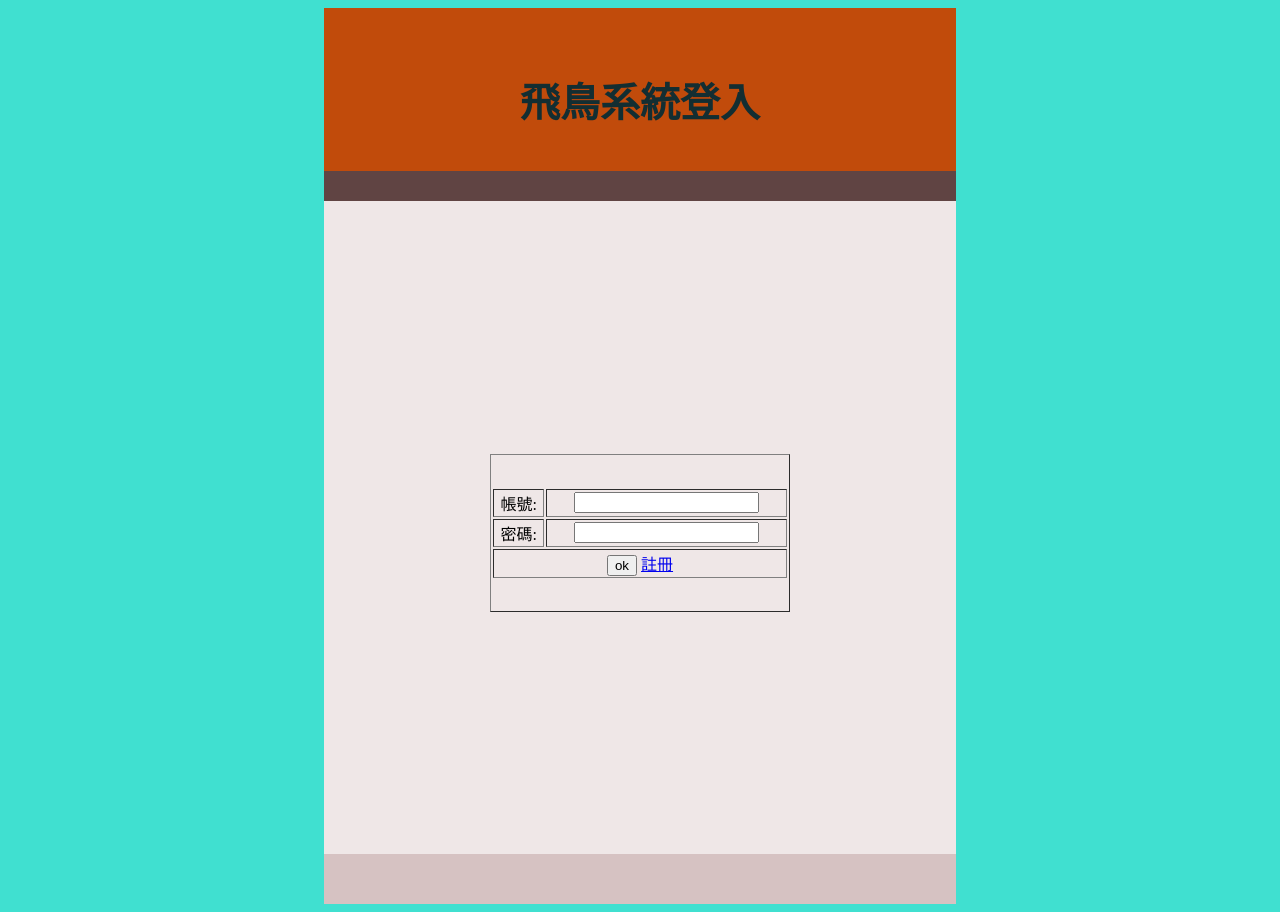
Repository: pride0420/portfolio
Page: Portfolio/1_springBoot/src/main/resources/static/index.html
An editor plug-in stored every save of this project. The page is shown before and after the next save, followed by the edit.
The browser window is 1280 px wide. The pictures show the whole page.

Above is the page before, as saved 2023-11-30 14:39:24.

### Portfolio/1_springBoot/src/main/resources/static/index.html
<!DOCTYPE html>
<html>
<link rel="stylesheet" href="css/index.css">
<head>
<meta charset="utf-8">
<title>Insert title here</title>
</head>
<body>
<form action="login" method="post">
<div id="header" >飛鳥系統登入</div>
	<div id="navigater"></div>
		<div id="content"><op><table align="center" border="1" width=300>
		<tr align="center" border-collapse:collapse;>
			<td>帳號:</td>
			<td><input type="text" name="username"></td>
		</tr>
		<tr align="center">
			<td>密碼:</td>
			<td><input type="password" name="password"></td>
		</tr>
		<tr align="center">
			<td colspan="2"><input type="submit" value="ok">
			<a href="addError">註冊</td>

		</tr>
	</table></op></div>
</form>

<div id="footer"></div>
</body>
</html>

### Portfolio/1_springBoot/src/main/resources/static/css/index.css
@charset "BIG5";
body{
	 background-color:  #40e0d0;
}
#header{
	background-color: #C14B0B;
	width: 50%;
	height:100px;
	margin-left: 25%;
	color: #132E32;
	font-weight:800;
	font-size:250%;
	text-align: center;
	padding-top: 5%;
}
#navigater{

	background-color:#604443;
	width: 50%;
	height:30px;
	margin-left: 25%;
}
#nav{
	color:white;
	padding-left:60%;

}
#content{
	background-color:#EFE7E7;
	width: 50%;
	height:400px;
	margin-left: 25%;
	padding-top: 20%;
}
#footer{
	background-color:#D6C2C2;
	width: 50%;
	height:50px;
	margin-left: 25%;
}

op table{
	padding-top: 5%;
	padding-bottom: 5%;


}

After the next save:
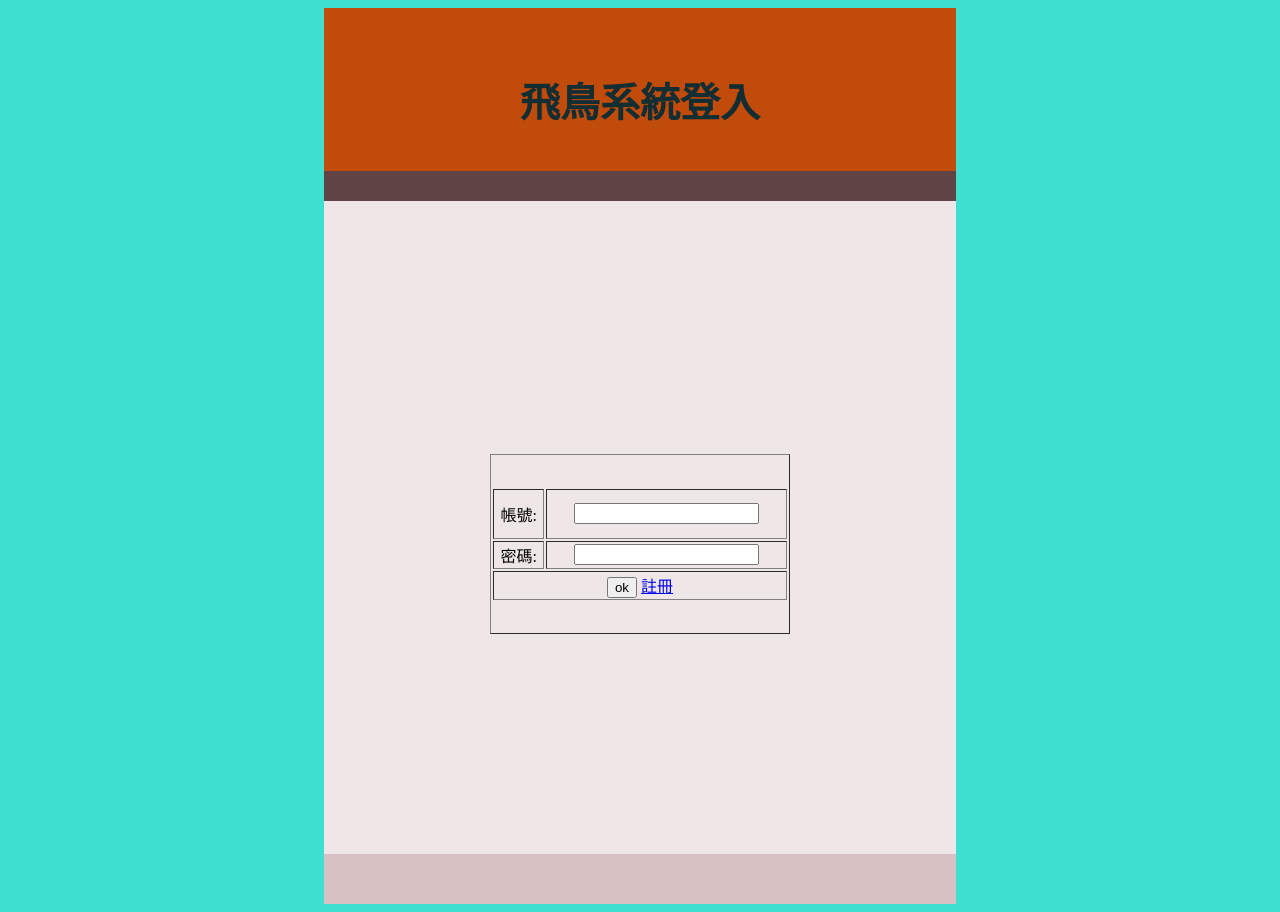
Saved 64 s later.
--- a/Portfolio/1_springBoot/src/main/resources/static/index.html
+++ b/Portfolio/1_springBoot/src/main/resources/static/index.html
@@ -10,7 +10,7 @@
 <div id="header" >飛鳥系統登入</div>
 	<div id="navigater"></div>
 		<div id="content"><op><table align="center" border="1" width=300>
-		<tr align="center" border-collapse:collapse;>
+		<tr align="center" height=50>
 			<td>帳號:</td>
 			<td><input type="text" name="username"></td>
 		</tr>
